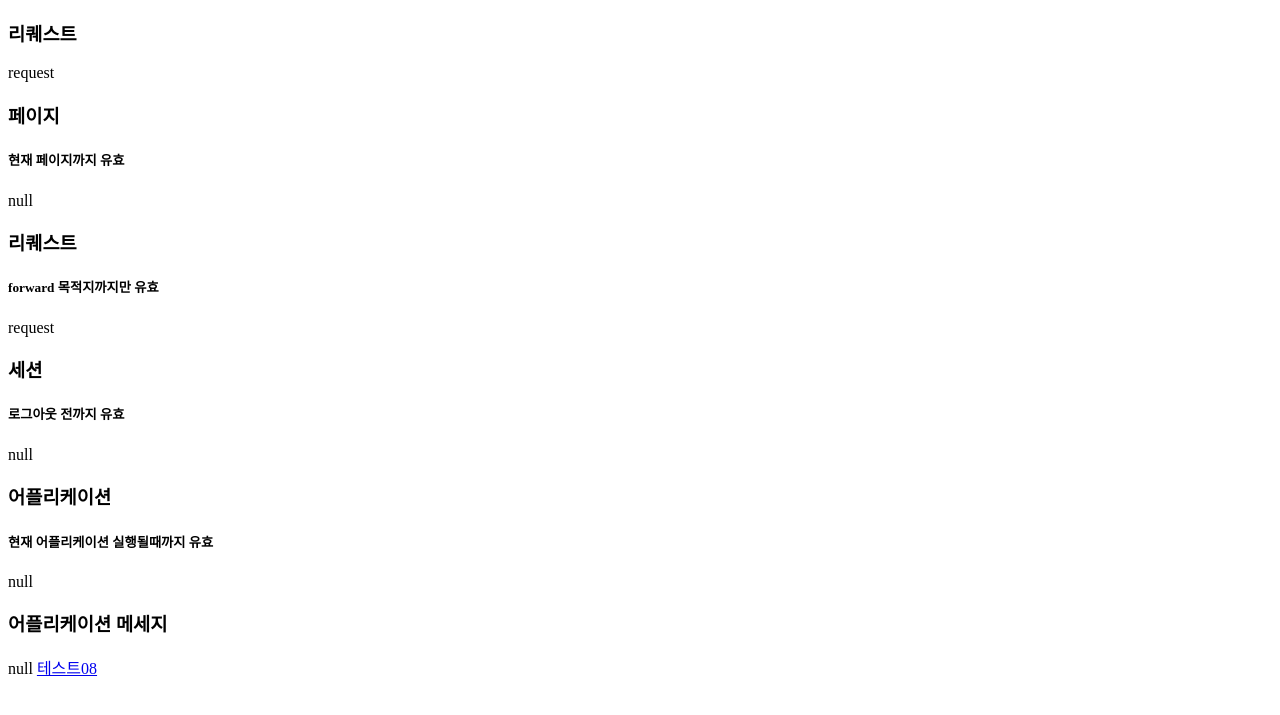
Repository: cordingdodo/javaworks2
Page: http://localhost/practice01/test08.jsp
These files come from the project's save history. The page is drawn as it stood at one moment and after the next save; the edit follows.
The browser window is 1280 px wide. The pictures show the whole page.
The page is served by Tomcat 9. Other server files are loaded and not shown.

Above is the page before, as saved 2022-10-21 03:17:52.

### practice01/WebContent/test08.jsp
<%@ page language="java" contentType="text/html; charset=UTF-8"
    pageEncoding="UTF-8"%>
<!DOCTYPE html>
<html>
<head>
<meta charset="UTF-8">
<title>Insert title here</title>
</head>
<body>
 <%
 	request.setAttribute("requestdata", "request");
 	out.println("<h3>리퀘스트</h3>"+request.getAttribute("requestdata"));

	out.println("<h3>페이지</h3>"+"<h5>현재 페이지까지 유효</h5>"+pageContext.getAttribute("pagedata"));
	out.println("<h3>리퀘스트</h3>"+"<h5>forward 목적지까지만 유효</h5>"+request.getAttribute("requestdata"));
	out.println("<h3>세션</h3>"+"<h5>로그아웃 전까지 유효</h5>"+session.getAttribute("sessiondata"));
	out.println("<h3>어플리케이션</h3>"+"<h5>현재 어플리케이션 실행될때까지 유효</h5>"+application.getAttribute("applicationdata"));
	out.println("<h3>어플리케이션 메세지</h3>"+application.getAttribute("msg"));
	out.println("<a href='test08.jsp?msg=테스트08로갑니다'>테스트08</a>");

	 %>
</body>
</html>

After the next save:
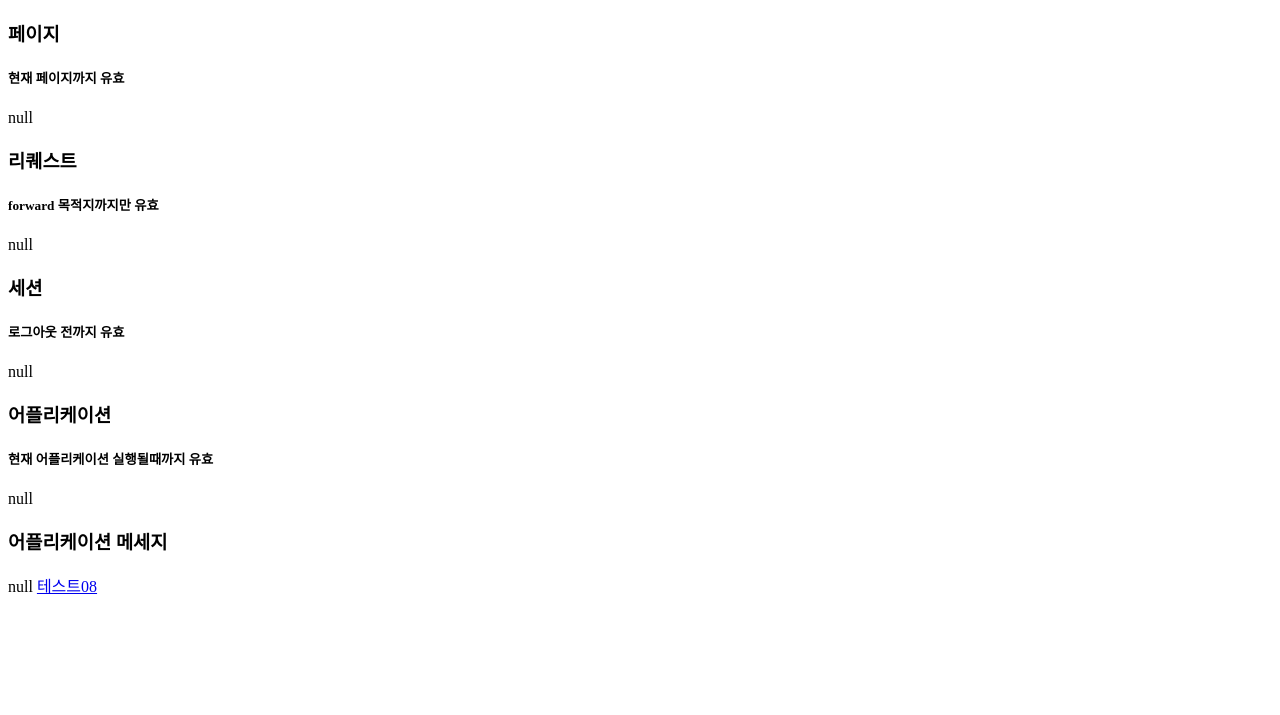
Saved 20 s later.
--- a/practice01/WebContent/test08.jsp
+++ b/practice01/WebContent/test08.jsp
@@ -8,8 +8,9 @@
 </head>
 <body>
  <%
- 	request.setAttribute("requestdata", "request");
- 	out.println("<h3>리퀘스트</h3>"+request.getAttribute("requestdata"));
+ 	//set get모두 해야함~~
+ 	//request.setAttribute("requestdata", "request");
+ 	//out.println("<h3>리퀘스트</h3>"+request.getAttribute("requestdata"));
 
 	out.println("<h3>페이지</h3>"+"<h5>현재 페이지까지 유효</h5>"+pageContext.getAttribute("pagedata"));
 	out.println("<h3>리퀘스트</h3>"+"<h5>forward 목적지까지만 유효</h5>"+request.getAttribute("requestdata"));
